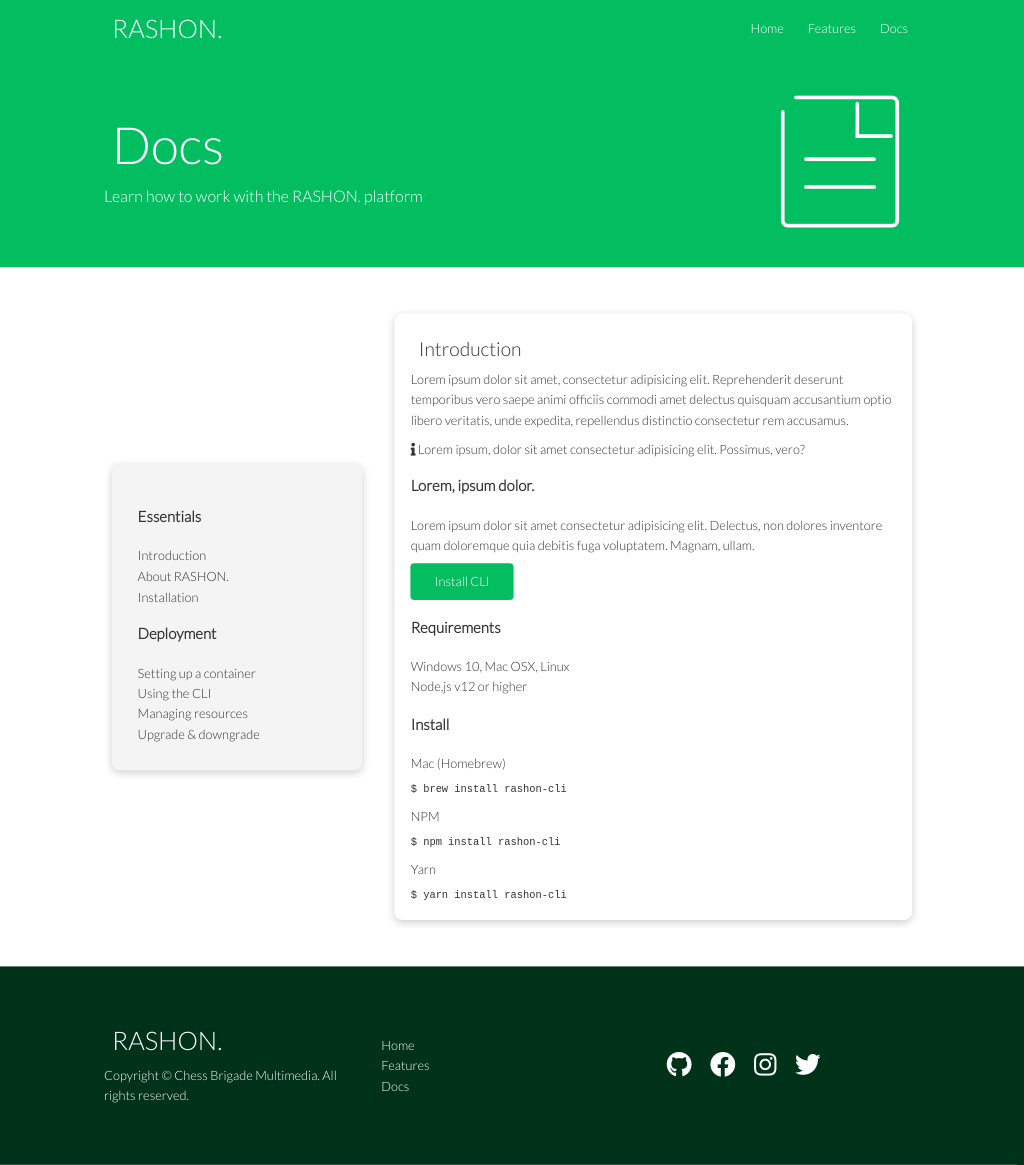
Repository: Skilis/website-modern
Page: docs.html
An editor plug-in stored every save of this project. The page is shown before and after the next save, followed by the edit.
The browser window is 1280 px wide. The pictures show the whole page, at 80% of full size.

Above is the page before, as saved 2020-10-23 18:19:21.

### docs.html
<!DOCTYPE html>
<html lang="en">

<head>
  <meta charset="UTF-8">
  <meta name="viewport" content="width=device-width, initial-scale=1.0">
  <link rel="stylesheet" href="https://cdnjs.cloudflare.com/ajax/libs/font-awesome/5.15.1/css/all.min.css"
    integrity="sha512-+4zCK9k+qNFUR5X+cKL9EIR+ZOhtIloNl9GIKS57V1MyNsYpYcUrUeQc9vNfzsWfV28IaLL3i96P9sdNyeRssA=="
    crossorigin="anonymous" />
  <link rel="stylesheet" href="css/utilities.css">
  <link rel="stylesheet" href="css/style.css">

  <title>Rashon | Cloud Hosting For The SuperPhly</title>
</head>

<body>
  <!-- Navbar-->
  <div class="navbar">
    <div class="container flex">
      <h1 class="logo">RASHON.</h1>
      <nav>
        <ul>
          <li><a href="index.html">Home</a></li>
          <li><a href="features.html">Features</a></li>
          <li><a href="docs.html">Docs</a></li>
        </ul>
      </nav>
    </div>

  </div>

  <!-- Head -->
  <section class="docs-head bg-primary py-3">
    <div class="container grid">
      <div>
        <h1 class="xl">Docs</h1>
        <p class="lead">Learn how to work with the RASHON. platform</p>
      </div>
      <img src="images/docs.png" alt="">
    </div>
  </section>

  <!-- Docs Main-->

  <section class="docs-main my-4">
    <div class="container grid">
      <div class="card bg-light p-3">
        <h3 class="my-2">Essentials</h3>
        <nav>
          <ul>
            <li><a href="#">Introduction</a></li>
            <li><a href="#">About RASHON.</a></li>
            <li><a href="#">Installation</a></li>
          </ul>
        </nav>


        <h3 class="my-2">Deployment</h3>
        <nav>
          <ul>
            <li><a href="#">Setting up a container</a></li>
            <li><a href="#">Using the CLI</a></li>
            <li><a href="#">Managing resources</a></li>
            <li><a href="#">Upgrade & downgrade</a></li>
          </ul>
        </nav>
      </div>

      <div class="card">
        <h2>Introduction</h2>
        <p>Lorem ipsum dolor sit amet, consectetur adipisicing elit. Reprehenderit deserunt temporibus vero saepe animi
          officiis commodi amet delectus quisquam accusantium optio libero veritatis, unde expedita, repellendus
          distinctio consectetur rem accusamus.</p>

        <div class="alert alert-success">
          <i class="fas fa-info"></i> Lorem ipsum, dolor sit amet consectetur adipisicing elit. Possimus, vero?
        </div>

        <h3>Lorem, ipsum dolor.</h3>

        <p>Lorem ipsum dolor sit amet consectetur adipisicing elit. Delectus, non dolores inventore quam doloremque quia
          debitis fuga voluptatem. Magnam, ullam.</p>

        <a href="#" class="btn btn-primary">Install CLI</a>

        <h3>Requirements</h3>
        <ul>
          <li>Windows 10, Mac OSX, Linux</li>
          <li>Node,js v12 or higher</li>
        </ul>

        <h3>Install</h3>
        <p>Mac (Homebrew)</p>
        <pre><code>$ brew install rashon-cli</code></pre>
        <p>NPM</p>
        <pre><code>$ npm install rashon-cli</code></pre>
        <p>Yarn</p>
        <pre><code>$ yarn install rashon-cli</code></pre>

      </div>
    </div>

  </section>



  <!-- Footer -->

  <footer class="footer bg-dark py-5">
    <div class="container grid grid-3">
      <div>
        <h1>RASHON.</h1>
        <p>Copyright &copy; Chess Brigade Multimedia. All rights reserved.</p>
      </div>
      <nav>
        <ul>
          <li><a href="index.html">Home</a></li>
          <li><a href="features.html">Features</a></li>
          <li><a href="docs.html">Docs</a></li>
        </ul>
      </nav>
      <div class="social">
        <a href="https://skilis.github.io/CBMM-Development/"><i class="fab fa-github fa-2x"></i></a>
        <a href="https://www.facebook.com/ChessChessBrigadeInc/"><i class="fab fa-facebook fa-2x"></i></a>
        <a href="https://www.instagram.com/skilis_creates/"><i class="fab fa-instagram fa-2x"></i></a>
        <a href="https://twitter.com/skilisthedon"><i class="fab fa-twitter fa-2x"></i></a>
      </div>
    </div>
  </footer>


</body>

</html>

### css/utilities.css
.container {
  max-width: 1100px;
  margin: 0 auto;
  overflow: auto;
  padding: 0 40px;
}

.card {
  background-color: #fff;
  color: #333;
  border-radius: 10px;
  box-shadow: 0 3px 10px rgba(0, 0, 0, 0.2);
  padding: 20px;
  margin: 10px;
}

.btn {
  display: inline-block;
  padding: 10px 30px;
  cursor: pointer;
  background: var(--primary-color);
  color: #fff;
  border: none;
  border-radius: 5px;
}

.btn-outline {
  background-color: transparent;
  border: 1px #fff solid;
}

.btn:hover {
  transform: scale(.98);
}

/* Backgrounds & Colored Buttons */

.bg-primary,
.btn-primary {
  background-color: var(--primary-color);
  color: #fff;
}

.bg-secondary,
.btn-secondary {
  background-color: var(--secondary-color);
  color: #fff;
}

.bg-dark,
.btn-dark {
  background-color: var(--dark-color);
  color: #fff;
}

.bg-primary a,
.btn-primary a,
.bg-secondary a,
.btn-secondary a,
.bg-dark a,
.btn-dark a {
  color: #fff;
}

.bg-light,
.btn-light {
  background-color: var(--light-color);
  color: #333;
}

/* Text Sizes */

.lead {
  font-size: 20px;
}

.sm {
  font-size: 1rem;
}

.md {
  font-size: 2rem;
}

.lg {
  font-size: 3rem;
}

.xl {
  font-size: 4rem;
}

.text-center {
  text-align: center;
}

.flex {
  display: flex;
  justify-content: center;
  align-items: center;
  height: 100%;
}

.grid {
  display: grid;
  grid-template-columns: repeat(2, 1fr);
  gap: 20px;
  justify-content: center;
  align-items: center;
  height: 100%;
}

.grid-3 {
  grid-template-columns: repeat(3, 1fr);
}

/* Margin */

.my-1 {
  margin: 1rem;
}

.my-2 {
  margin: 1.5rem 0;
}

.my-3 {
  margin: 2rem 0;
}

.my-4 {
  margin: 3rem 0;
}

.my-5 {
  margin: 4rem 0;
}

.m-1 {
  margin: 1rem;
}

.m-2 {
  margin: 1.5rem;
}

.m-3 {
  margin: 2rem;
}

.m-4 {
  margin: 3rem;
}

.m-5 {
  margin: 4rem;
}

/* Padding */

.py-1 {
  padding: 1rem;
}

.py-2 {
  padding: 1.5rem 0;
}

.py-3 {
  padding: 2rem 0;
}

.py-4 {
  padding: 3rem 0;
}

.py-5 {
  padding: 4rem 0;
}

.p-1 {
  padding: 1rem;
}

.p-2 {
  padding: 1.5rem;
}

.p-3 {
  padding: 2rem;
}

.p-4 {
  padding: 3rem;
}

.p-5 {
  padding: 4rem;
}

### css/style.css
@import url('https://fonts.googleapis.com/css2?family=Lato:wght@300&display=swap');

:root {
  --primary-color: #03be61;
  --secondary-color: #026e38;
  --dark-color: #003119;
  --light-color: #f4f4f4;
}

* {
  box-sizing: border-box;
  padding: 0;
  margin: 0;
}

body {
  font-family: 'Lato', sans-serif;
  color: #333;
  line-height: 1.6;
}

ul {
  list-style-type: none;
}

a {
  text-decoration: none;
  color: #333;
}

h1,
h2 {
  font-weight: 300;
  line-height: 1.2;
  margin: 10px;
}

p {
  margin: 10px 0;
}

img {
  width: 100%;
}

/* Navrbar*/

.navbar {
  background-color: var(--primary-color);
  color: #fff;
  height: 70px;
}

.navbar ul {
  display: flex;
}

.navbar a {
  color: #fff;
  padding: 10px;
  margin: 0 5px;
}

.navbar a:hover {
  border-bottom: 2px white solid;
}

.navbar .flex {
  justify-content: space-between;
}

/* Showcase*/

.showcase {
  height: 400px;
  background-color: var(--primary-color);
  color: white;
  position: relative;
}

.showcase h1 {
  font-size: 40px;
}

.showcase p {
  margin: 20px 0;
}

.showcase .grid {
  overflow: visible;
  grid-template-columns: 55% 45%;
  gap: 30px;
}

.showcase-form {
  position: relative;
  top: 60px;
  height: 350px;
  width: 400px;
  padding: 40px;
  z-index: 100;
}

.showcase-form .form-control {
  margin: 30px 0;
}

.showcase-form input[type='text'],
.showcase-form input[type='email'] {
  border: 0;
  border-bottom: 1px solid #b4becb;
  width: 100%;
  padding: 3px;
  font-size: 16px;
}

.showcase-form input:focus {
  outline: none;
}

.showcase::before,
.showcase::after {
  content: '';
  position: absolute;
  height: 100px;
  bottom: -70px;
  right: 0;
  left: 0;
  background: white;
  transform: skewY(-3deg);
  -webkit-transform: skewY(-3deg);
  -moz-transform: skewY(-3deg);
  -ms-transform: skewY(-3deg);
}

/* Stats */

.stats {
  padding-top: 100px;
}

.stats-heading {
  max-width: 500px;
  margin: auto;
}

.stats .grid h3 {
  font-size: 35px;
}

.stats .grid p {
  font-size: 20px;
  font-weight: bold;
}

/* Cli */

.cli .grid {
  grid-template-columns: repeat(3, 1fr);
  grid-template-rows: repeat(2, 1fr);
}

.cli .grid>*:first-child {
  grid-column: 1 / span 2;
  grid-row: 1 / span 2;
}

/* Cloud */

.cloud .grid {
  grid-template-columns: 4fr 3fr;
}

/* Languages */

.languages .flex {
  flex-wrap: wrap;
}

.languages .card {
  text-align: center;
  margin: 18px 10px 40px;
  transition: transform 0.2s ease-in;
}

.languages .card h4 {
  font-size: 20px;
  margin-bottom: 10px;
}

.languages .card:hover {
  transform: translateY(-15px);
}

/* Features */

.features-head img,
.docs-head img {
  width: 200px;
  justify-self: flex-end;
}

.features-sub-head img {
  width: 300px;
  justify-self: flex-end;
}

.features-main .card>i {
  margin-right: 20px;
}

.features-main .grid {
  padding: 30px;
}

.features-main .grid>*:first-child {
  grid-column: 1 / span 3;
}

.features-main .grid>*:nth-child(2) {
  grid-column: 1 / span 2;
}

/* Docs */

.docs-main h3 {
  margin: 20px 0;
}

.docs-main .grid {
  grid-template-columns: 1fr 2fr;
  align-items: ;
}

/* Footer */

.footer .social a {
  margin: 0 10px;
}

/* Tablets and under*/

@media(max-width: 768px) {

  .grid,
  .showcase .grid,
  .stats .grid,
  .cli .grid,
  .cloud .grid {
    grid-template-columns: 1fr;
    grid-template-rows: 1fr;
  }

  .showcase {
    height: auto;
  }

  .showcase-text {
    text-align: center;
    margin-top: 40px;
  }

  .showcase-form {
    justify-self: center;
    margin: auto;
  }

  .cli .grid>*:first-child {
    grid-column: 1;
    grid-row: 1;
  }

}

/* Mobile*/

@media(max-width: 500px) {
  .navbar {
    height: 110px;
  }

  .navbar .flex {
    flex-direction: column;
  }

  .navbar ul {
    padding: 10px;
    background-color: rgba(0, 0, 0, 0.1);
  }
}

After the next save:
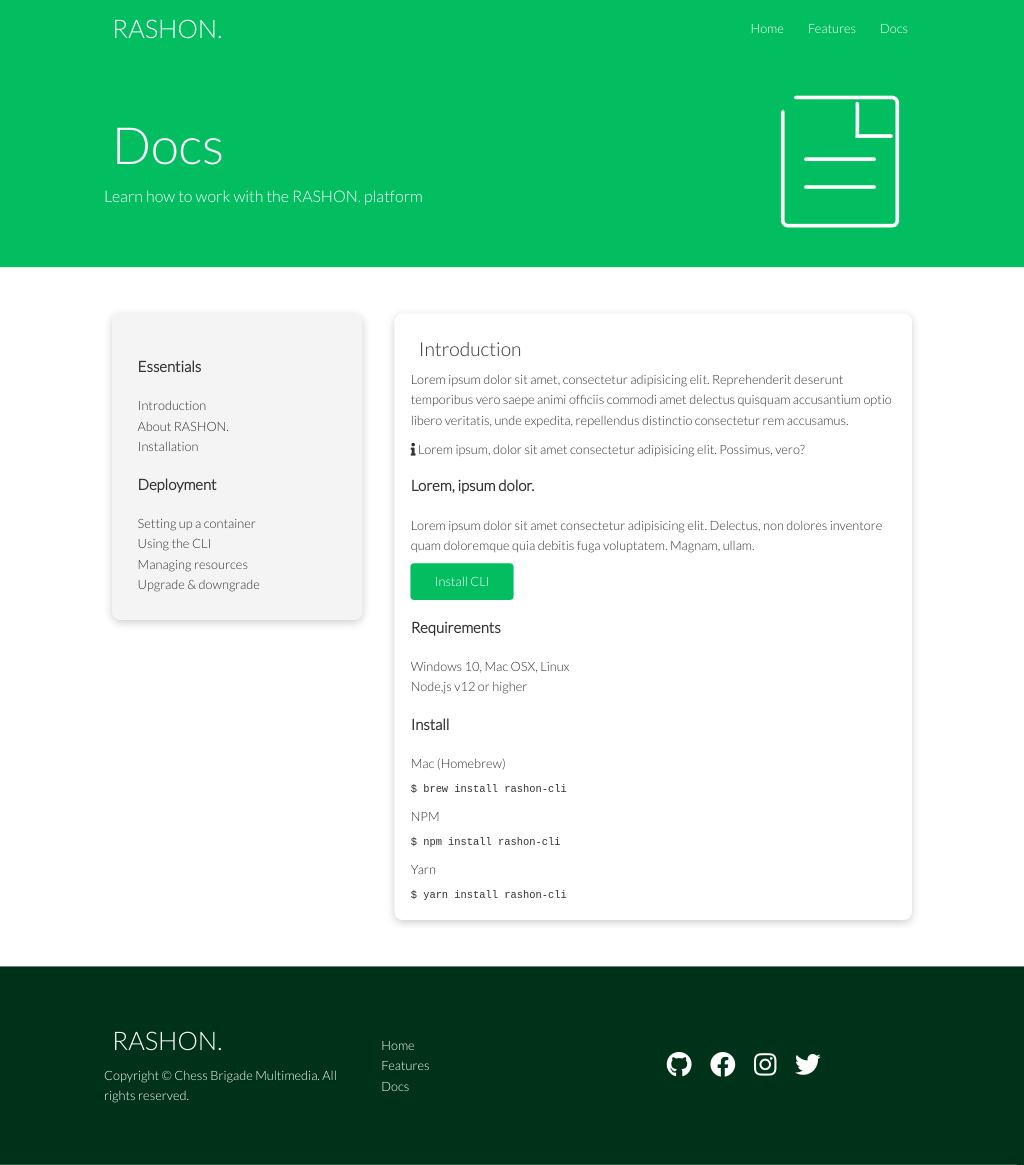
Saved 10 s later.
--- a/css/style.css
+++ b/css/style.css
@@ -229,7 +229,7 @@ img {
 
 .docs-main .grid {
   grid-template-columns: 1fr 2fr;
-  align-items: ;
+  align-items: flex-start;
 }
 
 /* Footer */
